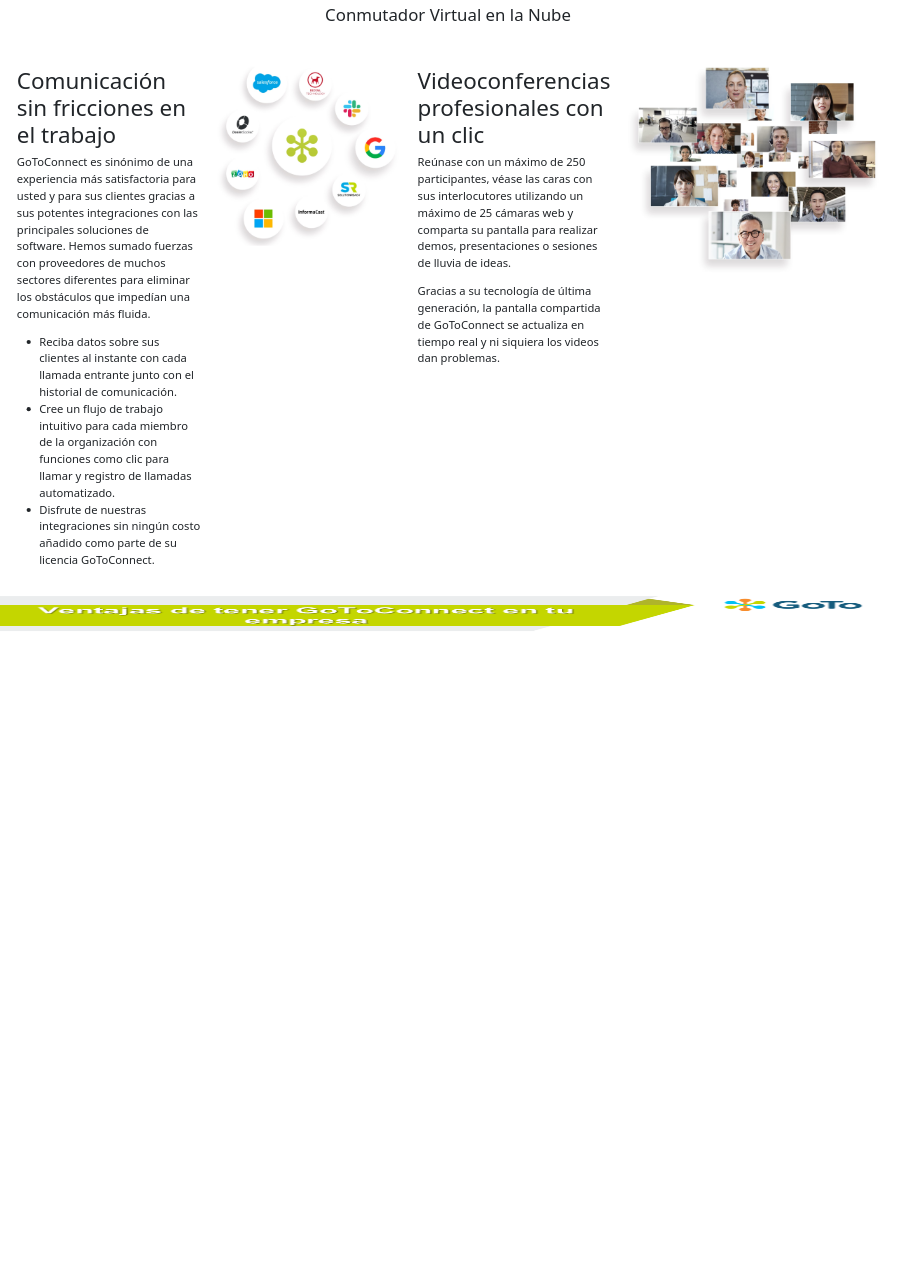
Repository: onehitwondermx/cdclogmein
Page: index.html
These files come from the project's save history. The page is drawn as it stood at one moment and after the next save; the edit follows.
The browser window is 1280 px wide. The page is 1292 px wide, so the pictures cover 1292 px, including what lies to the right of the window. The pictures show the part of the page from y = 1732 to 3612 px (the page is 3545 px tall before and 3674 px after), at 70% of full size.

Above is the page before, as saved 2021-06-06 08:21:02.

After the next save:
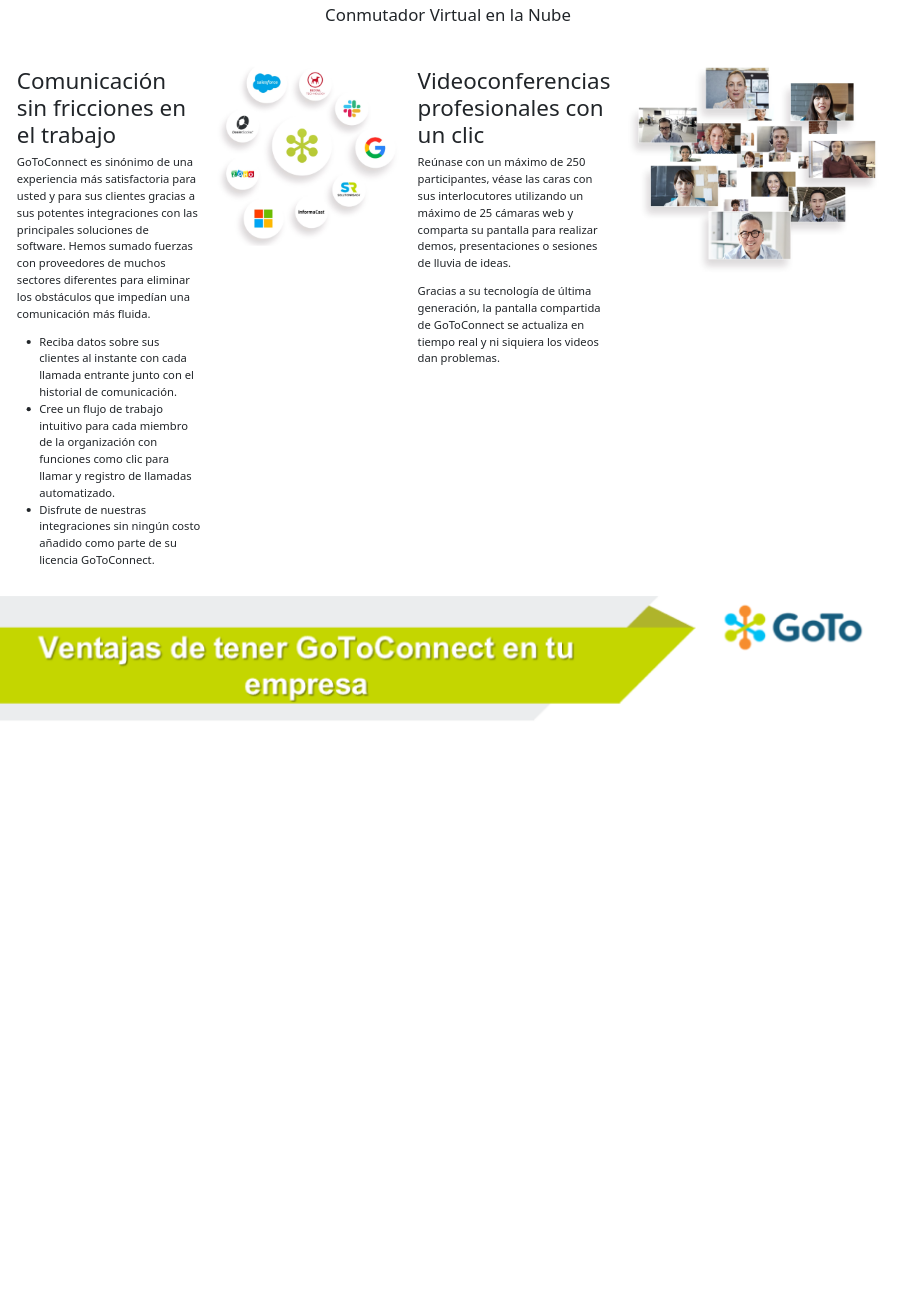
Saved 7 s later.
--- a/index.html
+++ b/index.html
@@ -240,7 +240,7 @@
   </div>
 </div>
 </div>
-<div class="navbar-nav"><img src="img/goto.png" alt="" height="50"></div>
+<div class="navbar-nav"><img src="img/goto.png" alt=""></div>
 
 </section>
    <br><br><br><br><br><br><br><br><br><br><br><br><br><br><br><br><br><br><br><br><br><br><br><br><br><br><br><br><br><br><br><br><br><br><br><br><br><br>
